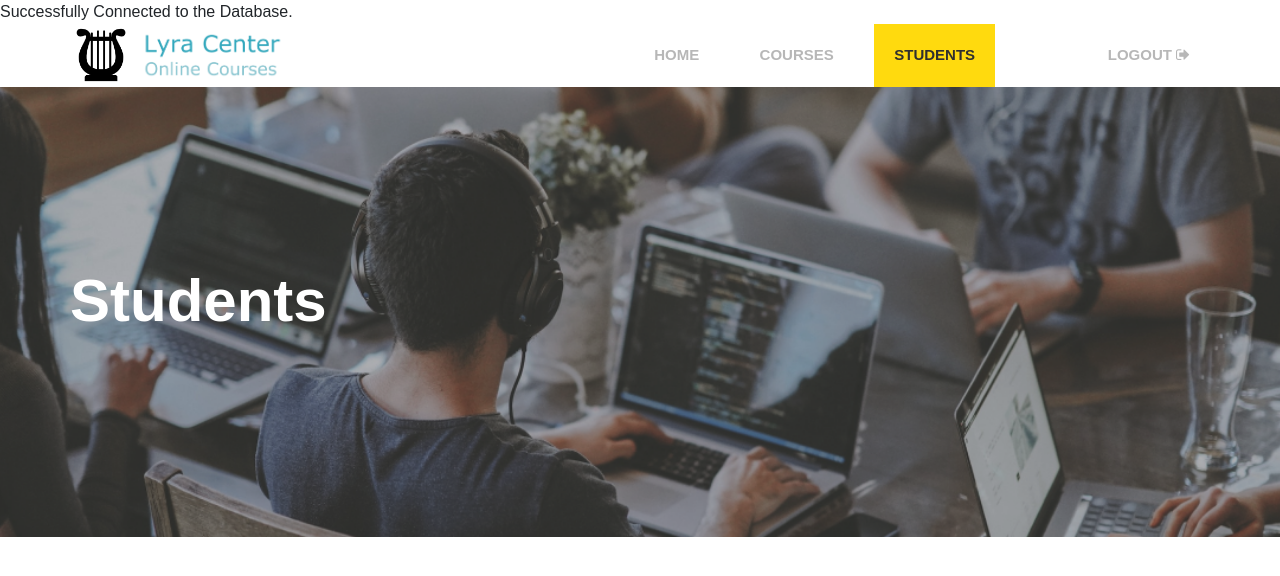
Repository: jersmaecrz/lyra-center
Page: http://localhost/aStudents.php
The author's editor kept a copy of each file at every save. The page is drawn from the files as they stood at one save, then again after the next save.
The browser window is 1280 px wide. The pictures show the whole page.
Some web fonts or font styles are not loaded; a fallback is used. The page is run by PHP 8.4 with error messages shown; the project is at /var/www/html/.

Above is the page before, as saved 2022-12-03 23:31:35.

### aStudents.php
<?php
    include "admin-dashboard.php";
?>
<!DOCTYPE html>
<html lang="zxx">
<head>
    <link rel="icon" href="img/lyre.png">
    <meta charset="UTF-8">
    <meta name="description" content="Anime Template">
    <meta name="keywords" content="Anime, unica, creative, html">
    <meta name="viewport" content="width=device-width, initial-scale=1.0">
    <meta http-equiv="X-UA-Compatible" content="ie=edge">
    <title>Lyra | Students</title>
    <link rel="stylesheet" href="css/admin-home-style.css" type="text/css">

    <!-- Google Font -->
    <link href="https://fonts.googleapis.com/css2?family=Mulish:wght@300;400;500;600;700;800;900&display=swap"
    rel="stylesheet">

    <link rel="preconnect" href="https://fonts.googleapis.com">
    <link rel="preconnect" href="https://fonts.gstatic.com" crossorigin>
    <link href="https://fonts.googleapis.com/css2?family=Open+Sans:wght@700&display=swap" rel="stylesheet">

    <!-- Css Styles -->
    <link rel="stylesheet" href="css/bootstrap.min.css" type="text/css">
    <link rel="stylesheet" href="css/font-awesome.min.css" type="text/css">
    <link rel="stylesheet" href="css/elegant-icons.css" type="text/css">
    <link rel="stylesheet" href="css/plyr.css" type="text/css">
    <link rel="stylesheet" href="css/nice-select.css" type="text/css">
    <link rel="stylesheet" href="css/owl.carousel.min.css" type="text/css">
    <link rel="stylesheet" href="css/slicknav.min.css" type="text/css">
    <link rel="stylesheet" href="css/style.css" type="text/css">
</head>

<body>
    <!-- Page Preloder -->
    <div id="preloder">
        <div class="loader"></div>
    </div>

    <!-- Header Section Begin -->
    <header class="header">
        <div class="container">
            <div class="row">
                <div class="col-lg-5">
                    <div class="header__logo">
                        <a href="./aHome.php">
                            <img src="img/lyre.png" alt="" width=62px>
                            <img src="img/lyra.png" alt="" width=150px>
                        </a>
                    </div>
                </div>
                <div class="col-lg-7">
                    <div class="header__nav">
                        <nav class="header__menu mobile-menu">
                            <ul>
                                <li ><a href="./aHome.php">HOME</a></li>
                                <li ><a href="./aCourses.php">COURSES</a></li>
                                <li class="active"><a href="./aStudents.php">STUDENTS</a></li>
                                <li class="right"><a href="./signup.html">LOGOUT <i class="fa fa-sign-out" aria-hidden="true"></i></a></li>
                            </ul>
                        </nav>
                    </div>
                </div>

            </div>
            <div id="mobile-menu-wrap"></div>
        </div>
    </header>
    <!-- Header End -->


    <!-- Normal Breadcrumb Begin -->
    <section class="pg pg-breadcrumb set-bg" data-setbg="img/banner.png">
        <div class="container">
            <div class="row">
                <div class="col-lg-5">
                    <div class="normal__breadcrumb__text">
                        <h2>Students</h2>
                    </div>
                </div>
            </div>
        </div>

    </section>
    <!-- Normal Breadcrumb End -->
<br>

<!-- Dashboard -->
<div class="container">
    <div class="row">
            <div class="col-lg-12 normal__breadcrumb__text">

            </div>

    </div>
</div>
<br>
<br>
<br>
<br>
<br>

<!-- Footer Section Begin
<footer class="footer">
    <div class="page-up">
        <a href="#" class="scroll"><span class="arrow_carrot-up"></span></a>
    </div>
    <div class="container">
        <div class="row">
            <div class="col-lg-3">
                <div class="footer__logo">
                    <a href="./index.html">
                        <img src="img/mango manga.png" alt="" width=80px>
                        <img src="img/mm.png" alt="" width=110px>
                    </a>
                </div>
            </div>
            <div class="col-lg-6">
                <div class="footer__nav">
                    <ul>
                        <li class="active"><a href="./index.html">HOME</a></li>
                        <li ><a href="./courses.html">COURSES</a></li>
                        <li ><a href="./signup.html">STUDENTS</a></li>

                    </ul>
                </div>
            </div>

          </div>
      </div>
  </footer>
  <!-- Footer Section End -->


<!-- Js Plugins -->
<script src="js/jquery-3.3.1.min.js"></script>
<script src="js/bootstrap.min.js"></script>
<script src="js/player.js"></script>
<script src="js/jquery.nice-select.min.js"></script>
<script src="js/mixitup.min.js"></script>
<script src="js/jquery.slicknav.js"></script>
<script src="js/owl.carousel.min.js"></script>
<script src="js/main.js"></script>


</body>

</html>

### admin-dashboard.php
<?php
   require_once("config.php");
   class Dashboard {
        //Attributes
        public $name;
        public $courses;
        //Create setters
        function setStudents($students){
            $this -> students = $students;
        }
        function setCourses($courses){
            $this -> courses = $courses;
        }
        //Create getters
        function getStudents(){
            return $this -> students;
        }
        function getCourses(){
            return $this -> courses;
        }
        function countStudents($pdo){
            $query = "SELECT * FROM users";
            $stmt = $pdo-> prepare($query);
            $stmt -> execute();
            $rows = $stmt -> fetchAll();
            $rowCount = $stmt->rowCount();
            $this -> setStudents($rowCount);
        }
        function countCourses($pdo){
            $query = "SELECT * FROM courses";
            $stmt = $pdo-> prepare($query);
            $stmt -> execute();
            $rows = $stmt -> fetchAll();
            $rowCount = $stmt->rowCount();
            $this -> setCourses($rowCount);
        }
    }
?>

### config.php
<?php
    $host = "remotemysql.com";
    $user = "NsqxjSUDbx";
    $password = "wLgUwnheJo";
    $dbName = "NsqxjSUDbx" ;
    //Connect to database using PDO
    try {
        $dsn ="mysql:host=$host;dbname=$dbName";
        $pdo = new PDO($dsn,$user, $password);
        //Check the connection
        $pdo->setAttribute(PDO::ATTR_DEFAULT_FETCH_MODE,PDO::FETCH_OBJ);
        $pdo->setAttribute(PDO::ATTR_ERRMODE,PDO::ERRMODE_EXCEPTION);
        echo "Successfully Connected to the Database.";
    } catch(PDOException $e) {
        echo "Unable to Connect to DB: ". $e->getMessage();
    }
?>

### css/admin-home-style.css
.right {
    float: right;
}
.scroll {
    margin-left: -50px;
    margin-top: -50px;
}
.main-section{
	width:80%;
	margin:0 auto;
	text-align: center;
	padding: 0px 5px;
}
.dashboard{
	width:32%;
	display: inline-block;
	color:#fff;
	margin-top: 50px;
}
.icon-section i{
	font-size: 30px;
	padding:10px;
	border:1px solid #34495E;
	margin-bottom: 10px;
    margin: 5%;
	background-color:#fff;
    border-radius: 50%;
}
.icon-section h3{
	font-size: 20px;
    color: #fff;
	font-family: "Mulish", sans-serif;
}
.icon-section p{
	margin:0px;
	font-size: 20px;
	padding-bottom: 10px;
	font-family: "Mulish", sans-serif;
}
.icon {
    color: #023047;
}
.blueDash {
    background-color:#34495E;

}
.yellowDash {
    background-color:#4ACBCB;

}

### css/style.css

html,
body {
	height: 100%;
	font-family: "Mulish", sans-serif;
	-webkit-font-smoothing: antialiased;
	background: white;
}

h1,
h2,
h3,
h4,
h5,
h6 {
	margin: 0;
	color: #111111;
	font-weight: 400;
	font-family: "Mulish", sans-serif;
}

.lemony a{
	background: #FFDA0E;
	font-size: 20px;
	color: black;
	padding-left: 20px;
	padding-right: 20px;
	padding-top: 10px;
	padding-bottom: 10px;
	font-family: "Oswald", sans-serif;
}

h1 {
	font-size: 70px;
}

h2 {
	font-size: 36px;
}

h3 {
	font-size: 30px;
}

h4 {
	font-size: 24px;
}

h5 {
	font-size: 18px;
}

h6 {
	font-size: 16px;
}

p {
	font-size: 15px;
	font-family: "Mulish", sans-serif;
	color: #3d3d3d;
	font-weight: 400;
	line-height: 25px;
	margin: 0 0 15px 0;
}

img {
	max-width: 100%;
}

input:focus,
select:focus,
button:focus,
textarea:focus {
	outline: none;
}

a:hover,
a:focus {
	text-decoration: none;
	outline: none;
	color: #4ACBCB;;
}

ul,
ol {
	padding: 0;
	margin: 0;
}

/*---------------------
  Helper CSS
-----------------------*/

.section-title {
	margin-bottom: 30px;
}

.section-title h4,
.section-title h5 {
	color: #2F2F2F;
	font-weight: 600;
	line-height: 21px;
	text-transform: uppercase;
	padding-left: 20px;
	position: relative;
	font-family: "Oswald", sans-serif;
}

.section-title h4:after,
.section-title h5:after {
	position: absolute;
	left: 0;
	top: -6px;
	height: 32px;
	width: 4px;
	background: #e53637;
	content: "";
}

.set-bg {
	background-repeat: no-repeat;
	background-size: cover;
	background-position: top center;
}

.spad {
	padding-top: 100px;
	padding-bottom: 100px;
}

.text-white h1,
.text-white h2,
.text-white h3,
.text-white h4,
.text-white h5,
.text-white h6,
.text-white p,
.text-white span,
.text-white li,
.text-white a {
color: black;
}

/* buttons */

.primary-btn {
	display: inline-block;
	font-size: 13px;
	font-weight: 700;
	text-transform: uppercase;
	color: #ffffff;
	letter-spacing: 2px;
}

.primary-btn span {
	font-size: 18px;
	margin-left: 5px;
	position: relative;
	top: 3px;
}

.site-btn {
	font-size: 13px;
	color: #ffffff;
	background: #e53637;
	font-weight: 700;
	border: none;
	border-radius: 2px;
	letter-spacing: 2px;
	text-transform: uppercase;
	display: inline-block;
	padding: 12px 30px;
}

/* Preloder */

#preloder {
	position: fixed;
	width: 100%;
	height: 100%;
	top: 0;
	left: 0;
	z-index: 999999;
	background: #000;
}

.loader {
	width: 40px;
	height: 40px;
	position: absolute;
	top: 50%;
	left: 50%;
	margin-top: -13px;
	margin-left: -13px;
	border-radius: 60px;
	animation: loader 0.8s linear infinite;
	-webkit-animation: loader 0.8s linear infinite;
}

@keyframes loader {
	0% {
		-webkit-transform: rotate(0deg);
		transform: rotate(0deg);
		border: 4px solid #f44336;
		border-left-color: transparent;
	}
	50% {
		-webkit-transform: rotate(180deg);
		transform: rotate(180deg);
		border: 4px solid #673ab7;
		border-left-color: transparent;
	}
	100% {
		-webkit-transform: rotate(360deg);
		transform: rotate(360deg);
		border: 4px solid #f44336;
		border-left-color: transparent;
	}
}

@-webkit-keyframes loader {
	0% {
		-webkit-transform: rotate(0deg);
		border: 4px solid #f44336;
		border-left-color: transparent;
	}
	50% {
		-webkit-transform: rotate(180deg);
		border: 4px solid #673ab7;
		border-left-color: transparent;
	}
	100% {
		-webkit-transform: rotate(360deg);
		border: 4px solid #f44336;
		border-left-color: transparent;
	}
}

.spacial-controls {
	position: fixed;
	width: 111px;
	height: 91px;
	top: 0;
	right: 0;
	z-index: 999;
}

.spacial-controls .search-switch {
	display: block;
	height: 100%;
	padding-top: 30px;
	background: #323232;
	text-align: center;
	cursor: pointer;
}

.search-model {
	display: none;
	position: fixed;
	width: 100%;
	height: 100%;
	left: 0;
	top: 0;
	background: #000;
	z-index: 99999;
}

.search-model-form {
	padding: 0 15px;
}

.search-model-form input {
	width: 500px;
	font-size: 40px;
	border: none;
	border-bottom: 2px solid #333;
	background: 0 0;
	color: #999;
}

.search-close-switch {
	position: absolute;
	width: 50px;
	height: 50px;
	background: #333;
	color: #fff;
	text-align: center;
	border-radius: 50%;
	font-size: 28px;
	line-height: 28px;
	top: 30px;
	cursor: pointer;
	display: -webkit-box;
	display: -ms-flexbox;
	display: flex;
	-webkit-box-align: center;
	-ms-flex-align: center;
	align-items: center;
	-webkit-box-pack: center;
	-ms-flex-pack: center;
	justify-content: center;
}

/*---------------------
  Header
-----------------------*/

.header {
	background: white;
}

.header__menu {
	text-align: center;
}


.header__menu ul li {
	list-style: none;
	display: inline-block;
	position: relative;
	margin-right: 16px;
}

.header__menu ul li.active a {
	background: #FFDA0E;
	color: #2F2F2F;
}



.header__menu ul li:hover a {
	color: #4ACBCB;
}

.header__menu ul li:hover .dropdown {
	top: 62px;
	opacity: 1;
	visibility: visible;
}

.header__menu ul li:hover .dropdown li a {
	background: transparent;
}

.header__menu ul li:last-child {
	margin-right: 0;
}
.square {
  height: 450px;
  width: 1000px;
  background-color: #CCCC00;
}



.header__menu ul li:hover .dump {
	top: 62px;
	opacity: 1;
	visibility: visible;
}

.header__menu ul li:hover .dump li a {
	background: transparent;
}


.header__menu ul li .dump {
	position: absolute;
	left: 0;
	top: 82px;
	width: 150px;
	background: #ffffff;
	text-align: left;
	padding: 5px 0;
	z-index: 9;
	opacity: 0;
	visibility: hidden;
	-webkit-transition: all, 0.3s;
	-o-transition: all, 0.3s;
	transition: all, 0.3s;
}


.header__menu ul li .dump li {
	display: block;
	margin-right: 0;
}

.header__menu ul li .dump li a {
	font-size: 14px;
	color: #111111;
	font-weight: 500;
	padding: 5px 20px;
}





.header__menu ul li .dropdown {
	position: absolute;
	left: 0;
	top: 82px;
	width: 150px;
	background: #ffffff;
	text-align: left;
	padding: 5px 0;
	z-index: 9;
	opacity: 0;
	visibility: hidden;
	-webkit-transition: all, 0.3s;
	-o-transition: all, 0.3s;
	transition: all, 0.3s;
}


.header__menu ul li .dropdown li {
	display: block;
	margin-right: 0;
}

.header__menu ul li .dropdown li a {
	font-size: 14px;
	color: #111111;
	font-weight: 500;
	padding: 5px 20px;
}

.header__menu ul li a {
	font-size: 15px;
	color: #b7b7b7;
	display: block;
	font-weight: 700;
	-webkit-transition: all, 0.5s;
	-o-transition: all, 0.5s;
	transition: all, 0.5s;
	padding: 20px;
}

.header__menu ul li a span {
	position: relative;
	font-size: 17px;
	top: 2px;
}

.header__right {
	text-align: right;
	padding: 20px 0 15px;
}

.header__right a {
	display: inline-block;
	font-size: 18px;
	color: #ffffff;
	margin-right: 30px;
}

.header__right a:last-child {
	margin-right: 0;
}

.slicknav_menu {
	display: none;
}

/*---------------------
  Hero
-----------------------*/




/*---------------------
  Breadcrumb
-----------------------*/

.breadcrumb-option {
	padding-top: 35px;
}

.breadcrumb__links a {
	font-size: 15px;
	color: #323232;
	margin-right: 18px;
	display: inline-block;
	position: relative;
}

.breadcrumb__links a i {
	margin-right: 5px;
	color: #323232;
}

.breadcrumb__links a:after {
	position: absolute;
	right: -14px;
	top: 0;
	content: "";
	font-family: "FontAwesome";
}

.breadcrumb__links span {
	font-size: 15px;
	color: #323232;
	display: inline-block;
}

/*---------------------
    Normal Breadcrumb
-----------------------*/

.normal-breadcrumb {
	height: 450px;
	display: -webkit-box;
	display: -ms-flexbox;
	display: flex;
	-webkit-box-align: center;
	-ms-flex-align: center;
	align-items: center;
	-webkit-box-pack: center;
	-ms-flex-pack: center;
	justify-content: center;
}
.pg-breadcrumb {
	height: 450px;
	display: -webkit-box;
	display: -ms-flexbox;
	display: flex;
	-webkit-box-align: center;
	-ms-flex-align: center;
	align-items: center;
	-webkit-box-pack: center;
	-ms-flex-pack: center;
	justify-content: center;
}
.normal__breadcrumb__text h2 {
	color: #ffffff;
	font-size: 60px;
	font-family: "Oswald", sans-serif;
	font-weight: 700;
	margin-bottom: 22px;
}

.normal__breadcrumb__text p {
	color: #ffffff;
	font-size: 18px;
	margin-bottom: 0;
}


/*---------------------
  Login
-----------------------*/

.login {
	padding-top: 130px;
	padding-bottom: 120px;
}

.login__form {
	position: relative;
	padding-left: 145px;
}

.login__form:after {
	position: absolute;
	right: -14px;
	top: -40px;
	height: 330px;
	width: 1px;
	background: rgba(255, 255, 255, 0.2);
	content: "";
}

.login__form h3 {
	color: #ffffff;
	font-weight: 700;
	font-family: "Oswald", sans-serif;
	margin-bottom: 30px;
}

.login__form form .input__item {
	position: relative;
	width: 370px;
	margin-bottom: 20px;
}

.login__form form .input__item:before {
	position: absolute;
	left: 50px;
	top: 10px;
	height: 30px;
	width: 1px;
	background: #b7b7b7;
	content: "";
}

.login__form form .input__item input {
	height: 50px;
	width: 100%;
	font-size: 15px;
	color: #b7b7b7;
	background: #ffffff;
	border: none;
	padding-left: 76px;
}

.login__form form .input__item input::-webkit-input-placeholder {
	color: #b7b7b7;
}

.login__form form .input__item input::-moz-placeholder {
	color: #b7b7b7;
}

.login__form form .input__item input:-ms-input-placeholder {
	color: #b7b7b7;
}

.login__form form .input__item input::-ms-input-placeholder {
	color: #b7b7b7;
}

.login__form form .input__item input::placeholder {
	color: #b7b7b7;
}

.login__form form .input__item span {
	color: #b7b7b7;
	font-size: 20px;
	position: absolute;
	left: 15px;
	top: 13px;
}

.login__form form button {
	border-radius: 0;
	margin-top: 10px;
}

.login__form .forget_pass {
	font-size: 15px;
	color: #ffffff;
	display: inline-block;
	position: absolute;
	right: 60px;
	bottom: 12px;
}

.login__register {
	padding-left: 30px;
}

.login__register h3 {
	color: #ffffff;
	font-weight: 700;
	font-family: "Oswald", sans-serif;
	margin-bottom: 30px;
}

.login__register .primary-btn {
	background: #e53637;
	padding: 12px 42px;
}

.login__social {
	padding-top: 52px;
}

.login__social__links {
	text-align: center;
}

.login__social__links span {
	color: #ffffff;
	display: block;
	font-size: 13px;
	font-weight: 700;
	letter-spacing: 2px;
	text-transform: uppercase;
	margin-bottom: 30px;
}

.login__social__links ul li {
	list-style: none;
	margin-bottom: 15px;
}

.login__social__links ul li:last-child {
	margin-bottom: 0;
}

.login__social__links ul li a {
	color: #ffffff;
	display: block;
	font-size: 13px;
	font-weight: 700;
	letter-spacing: 2px;
	text-transform: uppercase;
	width: 460px;
	padding: 14px 0;
	position: relative;
	margin: 0 auto;
}

.login__social__links ul li a.facebook {
	background: #4267b2;
}

.login__social__links ul li a.google {
	background: #ff4343;
}

.login__social__links ul li a.twitter {
	background: #1da1f2;
}

.login__social__links ul li a i {
	font-size: 20px;
	position: absolute;
	left: 32px;
	top: 14px;
}

/*---------------------
  Sign Up
-----------------------*/

.signup {
	padding-top: 130px;
	padding-bottom: 150px;
}

.signup .login__form:after {
	height: 450px;
}

.signup .login__form h5 {
	font-size: 15px;
	color: #ffffff;
	margin-top: 36px;
}

.signup .login__form h5 a {
	color: #e53637;
	font-weight: 700;
}

.signup .login__social__links {
	text-align: left;
	padding-left: 40px;
}

.signup .login__social__links h3 {
	color: #ffffff;
	font-weight: 700;
	font-family: "Oswald", sans-serif;
	margin-bottom: 30px;
}

.signup .login__social__links ul li a {
	margin: 0;
	text-align: center;
}

/*---------------------
  Footer
-----------------------*/

.footer {
	background: #80E2E2;
	padding-top: 60px;
	padding-bottom: 40px;
	position: relative;
}

.page-up {
	position: absolute;
	left: 50%;
	top: -25px;
	margin-left: -25px;
}

.page-up a {
	display: inline-block;
	font-size: 36px;
	color: black;
	height: 50px;
	width: 50px;
	background: #FFDA0E;
	line-height: 50px;
	text-align: center;
	border-radius: 50%;
}

.page-up a span {
	position: relative;
	top: 2px;
	left: -1px;
}

.footer__nav {
	text-align: center;
}

.footer__nav ul li {
	list-style: none;
	display: inline-block;
	position: relative;
	margin-right: 40px;
}

.footer__nav ul li:last-child {
	margin-right: 0;
}

.footer__nav ul li a {
	font-size: 15px;
	color: #3D3D3D;
	display: block;
	font-weight: 700;
}


/*--------------------------------- Responsive Media Quaries -----------------------------*/

@media only screen and (min-width: 1200px) and (max-width: 1300px) {
	.hero {
		overflow: hidden;
	}
}

@media only screen and (min-width: 1200px) {
	.container {
		max-width: 1170px;
	}
}

/* Medium Device = 1200px */

@media only screen and (min-width: 992px) and (max-width: 1199px) {
	.hero {
		overflow: hidden;
	}
	.login__form {
		position: relative;
		padding-left: 32px;
	}
	.login__social__links ul li a {
		width: 380px;
	}
	.blog__item__text {
		padding: 0 50px;
	}
}

/* Tablet Device = 768px */

@media only screen and (min-width: 768px) and (max-width: 991px) {
	.hero {
		overflow: hidden;
	}
	.header {
		position: relative;
	}
	.header .container {
		position: relative;
	}
	.header__right {
		position: absolute;
		right: 120px;
		top: -42px;
		padding: 0;
	}
	.header__menu {
		display: none;
	}
	.slicknav_menu {
		background: transparent;
		padding: 0;
		display: block;
	}
	.slicknav_nav {
		position: absolute;
		left: 0;
		top: 60px;
		width: 100%;
		background: #ffffff;
		padding: 15px 30px;
		z-index: 9;
	}
	.slicknav_nav ul {
		margin: 0;
	}
	.slicknav_nav .slicknav_row,
	.slicknav_nav a {
		padding: 7px 0;
		margin: 0;
		color: #111111;
		font-weight: 600;
	}
	.slicknav_btn {
		border-radius: 0;
		background-color: #222;
		position: absolute;
		right: 0;
		top: 9px;
	}
	.slicknav_nav .slicknav_arrow {
		color: #111111;
	}
	.slicknav_nav .slicknav_row:hover {
		border-radius: 0;
		background: transparent;
		color: #111111;
	}
	.slicknav_nav a:hover {
		border-radius: 0;
		background: transparent;
		color: #111111;
	}
	.product__sidebar {
		padding-top: 50px;
	}
	.footer__logo {
		text-align: center;
		margin-bottom: 20px;
	}
	.footer__nav {
		margin-bottom: 15px;
	}
	.footer__copyright__text {
		text-align: center;
	}
	.anime__details__widget ul li span {
		width: 90px;
	}
	.anime__details__pic {
		margin-bottom: 40px;
	}
	.anime__details__sidebar {
		padding-top: 50px;
	}
	.login__form {
		padding-left: 0;
		margin-bottom: 40px;
	}
	.login__form:after {
		display: none;
	}
	.login__form form .input__item {
		width: auto;
	}
	.login__register {
		padding-left: 0;
	}
	.signup .login__social__links {
		padding-left: 0;
	}
}

/* Wide Mobile = 480px */

@media only screen and (max-width: 767px) {
	.hero {
		overflow: hidden;
	}
	.header {
		position: relative;
	}
	.header .container {
		position: relative;
	}
	.header__right {
		position: absolute;
		right: 120px;
		top: -42px;
		padding: 0;
	}
	.header__menu {
		display: none;
	}
	.slicknav_menu {
		background: transparent;
		padding: 0;
		display: block;
	}
	.slicknav_nav {
		position: absolute;
		left: 0;
		top: 60px;
		width: 100%;
		background: #ffffff;
		padding: 15px 30px;
		z-index: 9;
	}
	.slicknav_nav ul {
		margin: 0;
	}
	.slicknav_nav .slicknav_row,
	.slicknav_nav a {
		padding: 7px 0;
		margin: 0;
		color: #111111;
		font-weight: 600;
	}
	.slicknav_btn {
		border-radius: 0;
		background-color: #222;
		position: absolute;
		right: 0;
		top: 9px;
	}
	.slicknav_nav .slicknav_arrow {
		color: #111111;
	}
	.slicknav_nav .slicknav_row:hover {
		border-radius: 0;
		background: transparent;
		color: #111111;
	}
	.slicknav_nav a:hover {
		border-radius: 0;
		background: transparent;
		color: #111111;
	}
	.product__sidebar {
		padding-top: 50px;
	}
	.footer__logo {
		text-align: center;
		margin-bottom: 20px;
	}
	.footer__nav {
		margin-bottom: 15px;
	}
	.footer__copyright__text {
		text-align: center;
	}
	.blog__details__title h2 {
		font-size: 34px;
		line-height: normal;
	}
	.anime__details__pic {
		margin-bottom: 40px;
	}
	.anime__details__sidebar {
		padding-top: 50px;
	}
	.btn__all {
		text-align: left;
	}
	.product__page__title .section-title {
		margin-bottom: 30px;
	}
	.product__page__title .product__page__filter {
		text-align: left;
	}
	.anime__details__rating {
		text-align: left;
		position: relative;
		margin-bottom: 20px;
	}
	.blog__details__social {
		overflow: hidden;
	}
	.blog__details__title .blog__details__social a {
		margin-right: 10px;
		margin-bottom: 10px;
		width: calc(50% - 10px);
		float: left;
	}
	.login__form {
		padding-left: 0;
		margin-bottom: 40px;
	}
	.login__form:after {
		display: none;
	}
	.login__form form .input__item {
		width: auto;
	}
	.signup .login__social__links {
		padding-left: 0;
	}
	.login__social__links ul li a {
		width: auto;
	}
	.blog__item__text {
		padding: 0 30px;
	}
	.login__register {
		padding-left: 0;
	}
	.product__sidebar__view .filter__controls li {
		margin-right: 2px;
	}
	.search-model-form input {
		width: 100%;
	}
}

/* Small Device = 320px */

@media only screen and (max-width: 479px) {
	.hero__slider.owl-carousel .owl-nav {
		display: none;
	}
	.hero__items {
		padding: 250px 0 42px 15px;
	}
	.hero__text h2 {
		font-size: 32px;
	}
	.footer__nav ul li {
		margin-right: 10px;
	}
	.anime__details__btn .follow-btn {
		padding: 14px 26px;
		margin-right: 11px;
		margin-bottom: 25px;
	}
	.anime__details__widget ul li span {
		width: 85px;
	}
	.anime__video__player .plyr__volume {
		left: 65px;
	}
	.anime__video__player .plyr__controls .plyr__controls__item.plyr__time {
		left: 95px;
	}
	.anime__video__player .plyr__menu {
		margin-right: 60px;
	}
	.blog__details__title h2 {
		font-size: 30px;
		line-height: normal;
	}
	.blog__details__title .blog__details__social a {
		padding: 16px 25px 14px 20px;
	}
	.blog__details__comment__item.blog__details__comment__item--reply {
		padding-left: 0;
	}
	.blog__details__comment__item__pic {
		margin-right: 25px;
	}
	.blog__details__comment__item__text a {
		margin-right: 6px;
	}
	.login__social__links ul li a i {
		left: 20px;
	}
	.login__form .forget_pass {
		position: relative;
		left: 0;
		bottom: 0;
		margin-top: 25px;
	}
	.header__right a {
		margin-right: 10px;
	}
	.anime__review__item__text h6 span {
		font-size: 12px;
	}
	.anime__review__item__text {
		padding: 18px 20px 20px;
	}

}

Loaded but not shown: css/bootstrap.min.css (library); css/font-awesome.min.css (library); css/plyr.css (library); css/nice-select.css (common file); css/owl.carousel.min.css (library); css/slicknav.min.css (common file); js/jquery-3.3.1.min.js (library); js/bootstrap.min.js (library); js/player.js (library); js/jquery.nice-select.min.js (common file); js/mixitup.min.js (library); js/jquery.slicknav.js (library); js/owl.carousel.min.js (library); js/main.js (101 lines, source omitted); css/elegant-icons.css (1157 lines, source omitted)

After the next save:
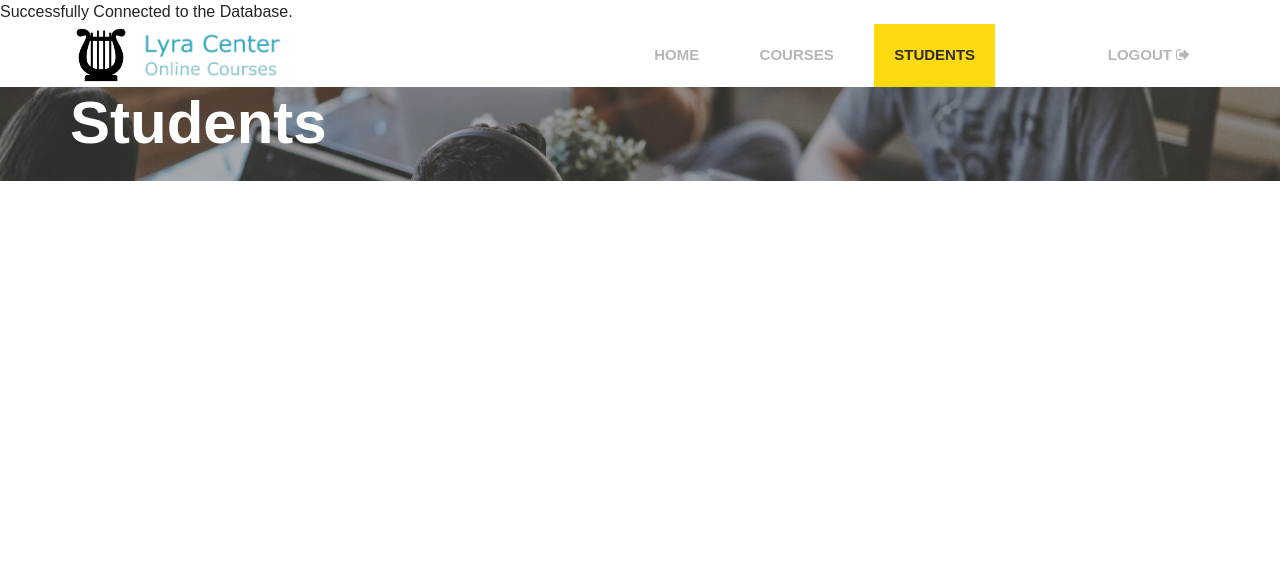
Saved 24 s later.
--- a/css/style.css
+++ b/css/style.css
@@ -521,18 +521,6 @@ color: black;
 	-ms-flex-pack: center;
 	justify-content: center;
 }
-.pg-breadcrumb {
-	height: 450px;
-	display: -webkit-box;
-	display: -ms-flexbox;
-	display: flex;
-	-webkit-box-align: center;
-	-ms-flex-align: center;
-	align-items: center;
-	-webkit-box-pack: center;
-	-ms-flex-pack: center;
-	justify-content: center;
-}
 .normal__breadcrumb__text h2 {
 	color: #ffffff;
 	font-size: 60px;
